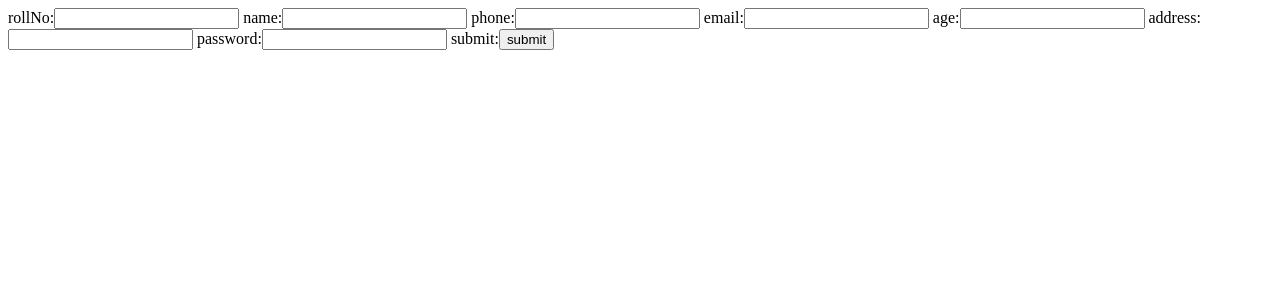
Repository: gulshankumar013/Student-Management-System
Page: http://localhost/studentManagementSysytem/form.jsp
These files come from the project's save history. The page is drawn as it stood at one moment and after the next save; the edit follows.
The browser window is 1280 px wide. The pictures show the whole page.
The page is served by Tomcat 10.

Above is the page before, as saved 2024-03-11 04:32:05.

After the next save:
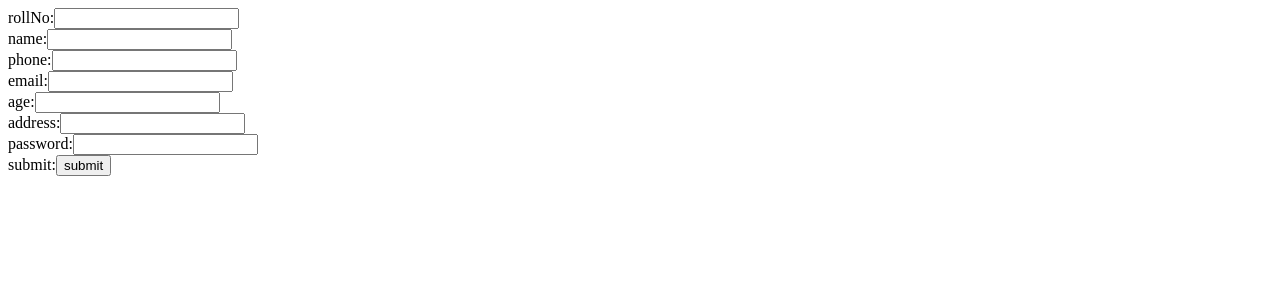
Saved 33 s later.
--- a/studentManagementSysytem/src/main/webapp/form.jsp
+++ b/studentManagementSysytem/src/main/webapp/form.jsp
@@ -9,14 +9,14 @@
 <body>
 
 <form action="save" method="post">
-    rollNo:<input type="number" name = "roll">
-	name:<input type="text" name = "name">
-	phone:<input number="text" name = "phone">
-	email:<input type="email" name = "email">
-	age:<input type ="number" name = "age">
-	address:<input type="text" name = "address">
-	password:<input type="password" name = "password">
-	submit:<input type = "submit" value= "submit">
+    rollNo:<input type="number" name = "roll"><br>
+	name:<input type="text" name = "name"><br>
+	phone:<input number="text" name = "phone"><br>
+	email:<input type="email" name = "email"><br>
+	age:<input type ="number" name = "age"><br>
+	address:<input type="text" name = "address"><br>
+	password:<input type="password" name = "password"><br>
+	submit:<input type = "submit" value= "submit"><br>
 </form>
 </body>
 </html>
